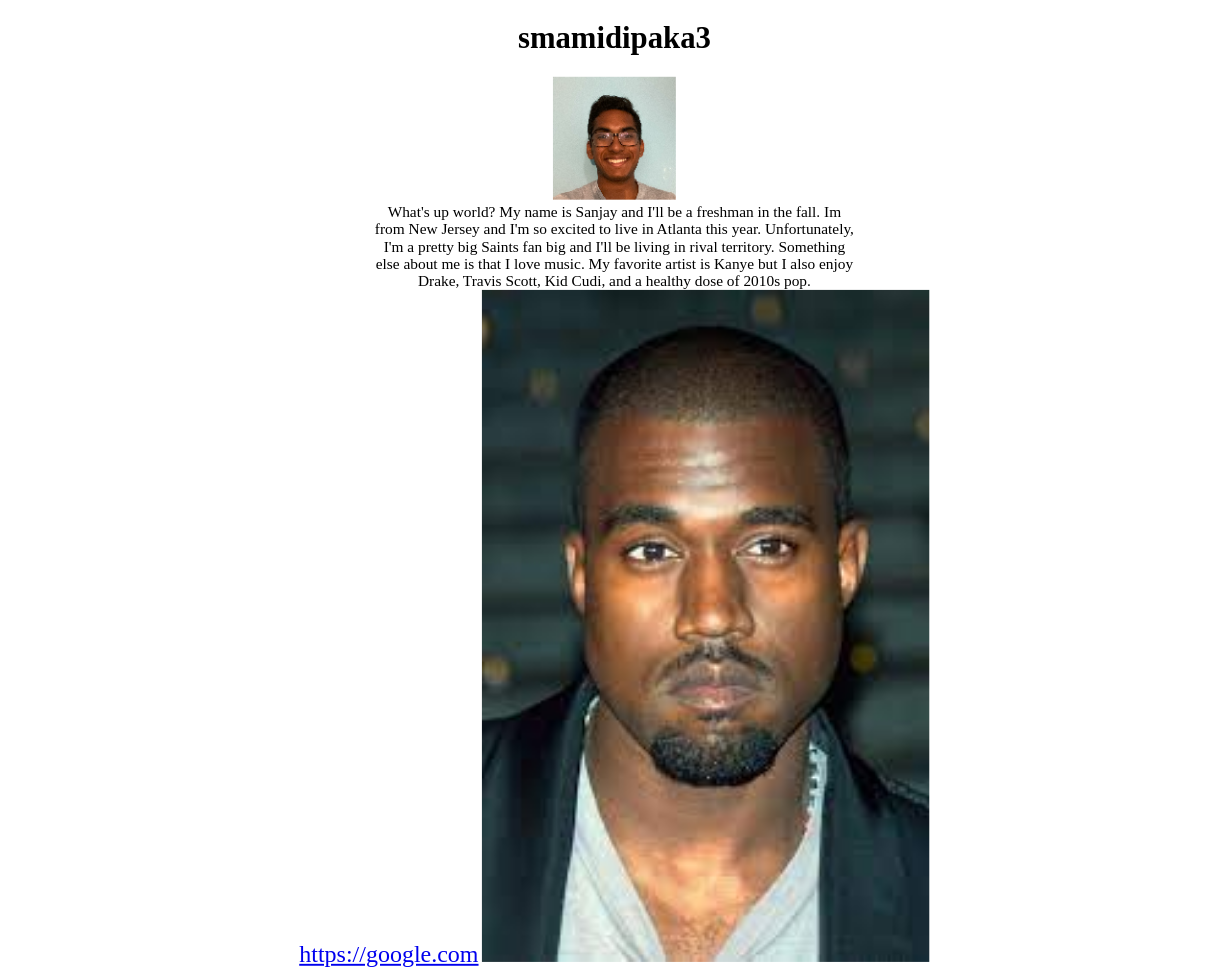
Repository: sanjayMamidipaka/cs1301
Page: lab01/index.html
These files come from the project's save history. The page is drawn as it stood at one moment and after the next save; the edit follows.
The browser window is 1280 px wide. The pictures show the whole page, at 96% of full size.

Above is the page before, as saved 2021-07-22 16:14:02.

After the next save:
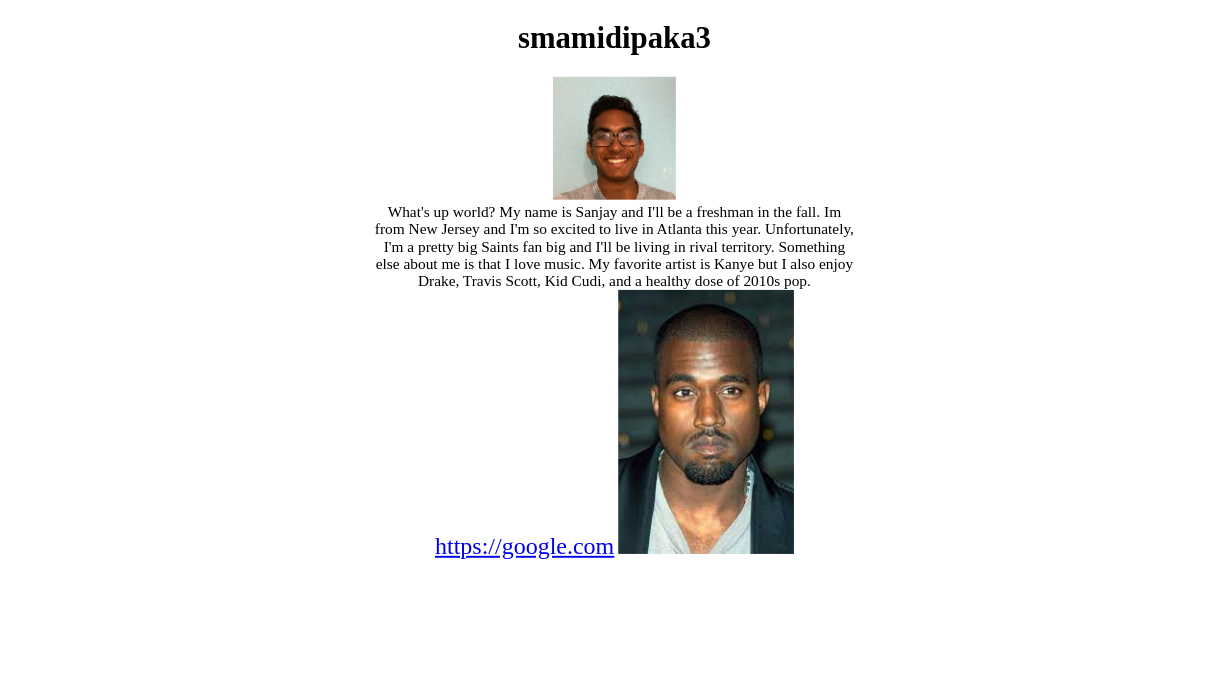
Saved 11 s later.
--- a/lab01/style.css
+++ b/lab01/style.css
@@ -14,5 +14,5 @@
 }
 
 .kanye {
-    height: 700px
+    top: 50%
 }
